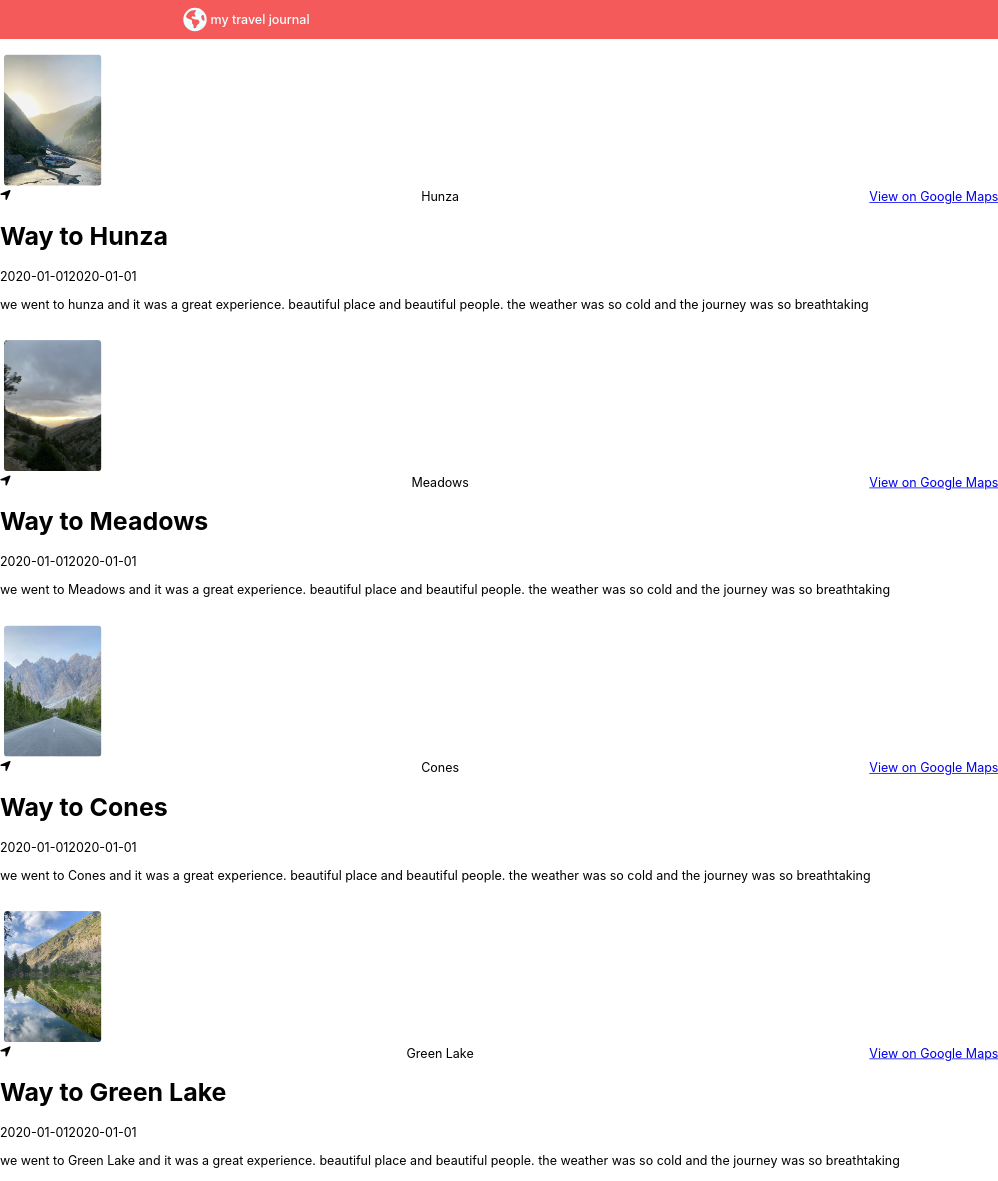
Repository: mortiestmorty1/travel-journal
Page: /
The author's editor kept a copy of each file at every save. The page is drawn from the files as they stood at one save, then again after the next save.
The browser window is 1280 px wide. The pictures show the whole page, at 78% of full size.
The project was rebuilt for these pictures with package versions that can differ from the ones it lists, and the page was loaded fresh each time.

Above is the page before, as saved 2024-01-17 15:06:22.

After the next save:
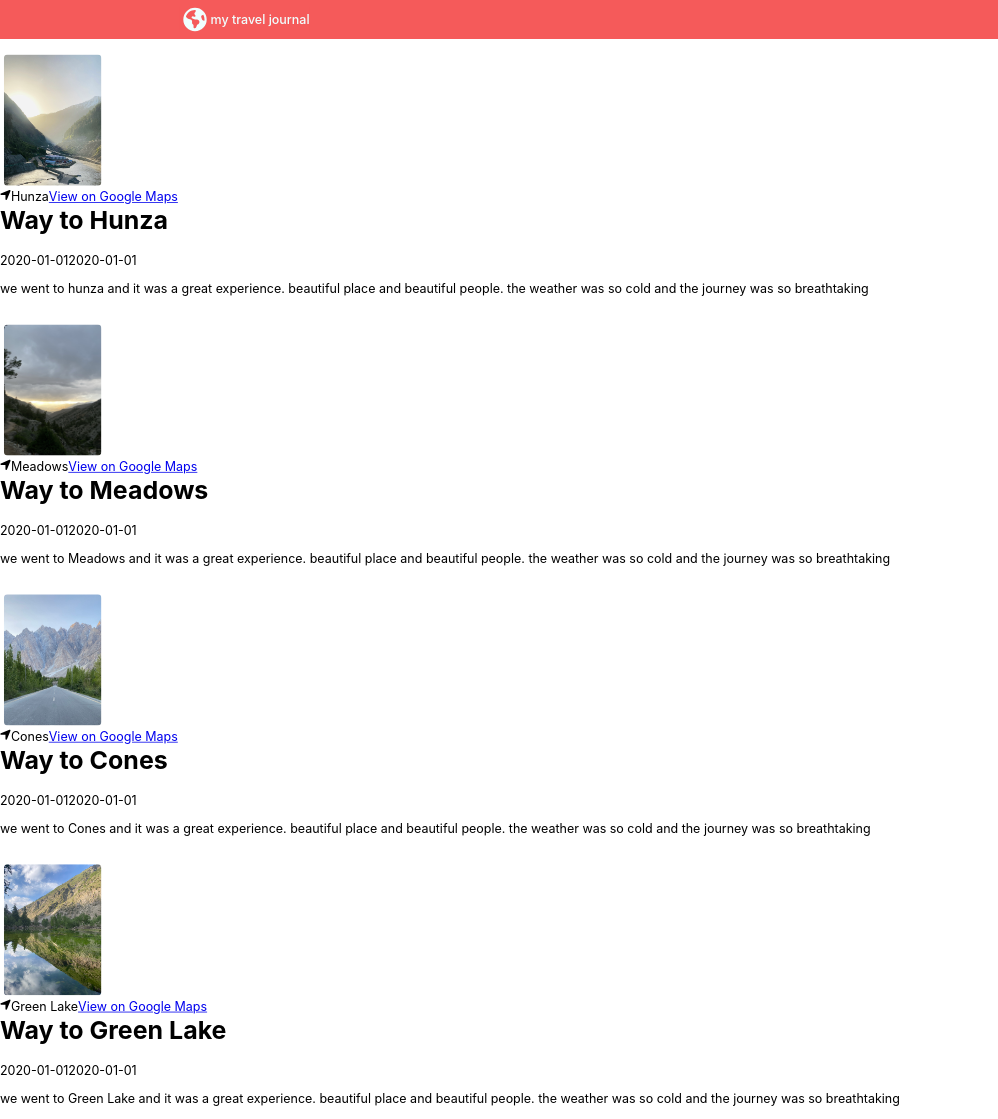
Saved 49 s later.
--- a/src/App.css
+++ b/src/App.css
@@ -38,8 +38,9 @@
 .section1{
   display: flex;
   justify-items: flex-start;
-  justify-content: space-between;
+  position: absolute;
 }
+
 .Title{
 
 }
